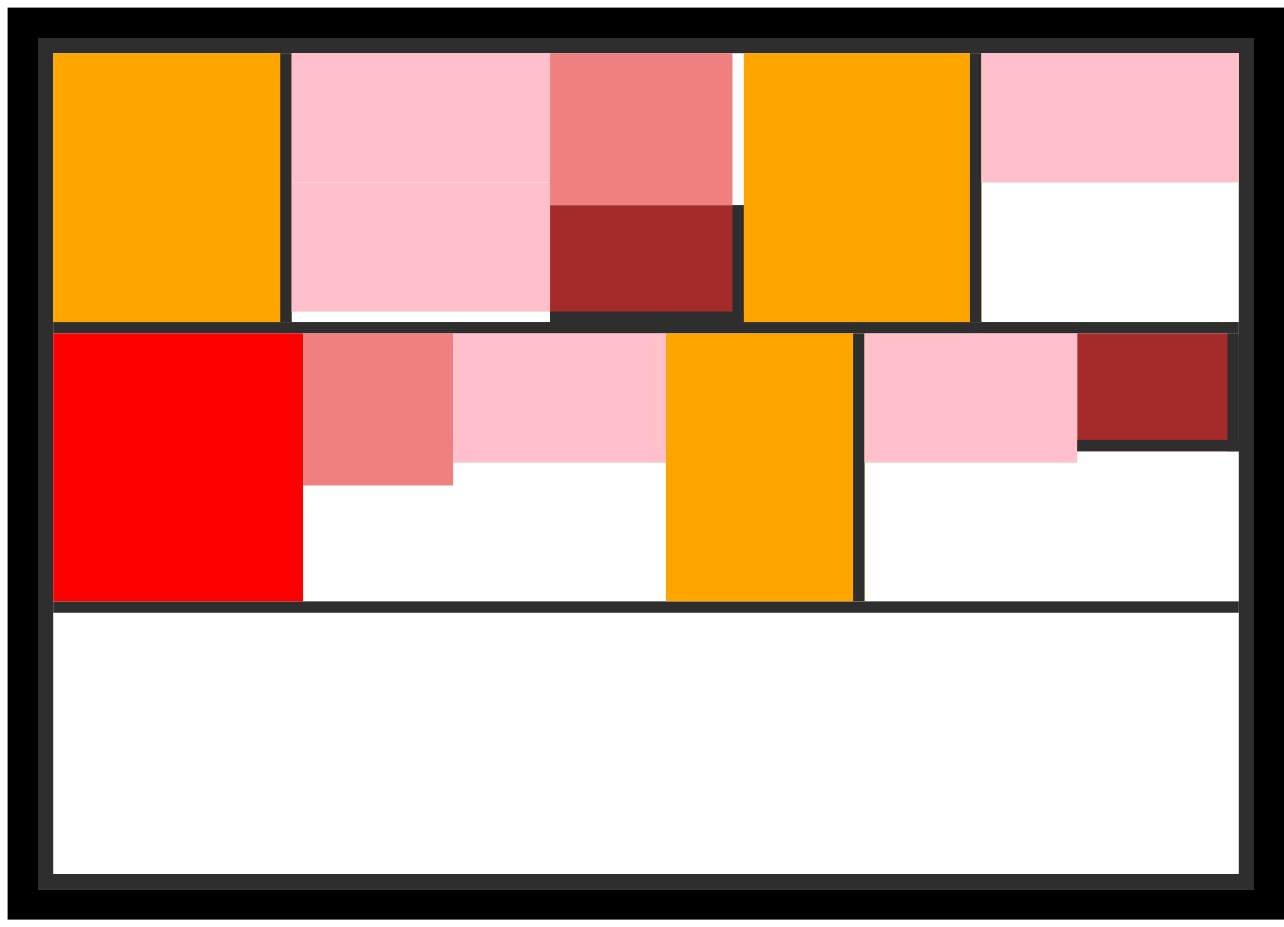
Repository: Tsardines/mondrian
Page: index.html
These files come from the project's save history. The page is drawn as it stood at one moment and after the next save; the edit follows.
The browser window is 1280 px wide. The page is 1352 px wide, so the pictures cover 1352 px, including what lies to the right of the window. The pictures show the whole page, at 95% of full size.
Some web fonts or font styles are not loaded; a fallback is used.

Above is the page before, as saved 2019-10-20 16:57:39.

### index.html
<!DOCTYPE html>
<html>
  <head>
    <meta charset="UTF-8">
  <meta http-equiv="X-UA-Compatible" content="IE=edge,chrome=1">
  <meta name="viewport" content="width=device-width,initial-scale=1">
    <title>title</title>
  <meta name="author" content="name">
  <meta name="description" content="description here">
  <meta name="keywords" content="keywords,here">
  <link rel="stylesheet" href="//fonts.googleapis.com/css?family=font1|font2|etc" type="text/css">
  <link rel="stylesheet" href="styles.css" type="text/css">
  </head>
  <body>

    <div id="canvas">
        <div class="grid__container">
            <div class="grid__top">
                <div class="rect--vert"></div>

                <div class="grid__top--cont">
                    <div class="rect--hori"></div>
                    <div class="rect--hori"></div>
                </div>

                <div class="grid__top--cont">
                    <div class="sq--hori"></div>
                    <div class="sq--sm"></div>
                </div>

                <div class="rect--vert"></div>

                <div class="rect--hori"></div>

                <!-- <div class="sq"></div> -->
                <!-- <div class="rect--vert"></div> -->

            </div>

            <div class="grid__middle">
                    <div class="sq--big"></div>
                    <div class="sq--hori"></div>
                    <div class="rect--hori"></div>
                    <div class="rect--vert"></div>
                    <div class="rect--hori"></div>
                    <div class="rect--hori--mini"></div>
                    <div class="sq--sm"></div>
            </div>
            <div class="grid__bottom">



            </div>
        </div>
    </div>

  </body>
</html>

### styles.css
#canvas {
    border: 2rem solid black;
    /* display: block; */
    height: 56rem;
    margin: 0 auto;
    width: 80rem;
}

.grid__container {
    border: 1rem solid rgb(46, 46, 46);
    height: 54rem;
}

.grid__top {
    display: flex;
    height: 32.7%;
    justify-content: center;
}

.grid__middle {
    border-bottom: 0.75rem solid rgb(46, 46, 46);
    border-top: 0.75rem solid rgb(46, 46, 46);
    display: flex;
    height: 32.7%;
}

.grid__bottom {
    height: 32.7%;
}

.rect--vert {
    background-color: orange;
    border-right: 0.75rem solid rgb(46, 46, 46);
    height: 100%;
    width: 15rem;
}

.rect--hori {
    background-color: pink;
    /* border-bottom: 0.75rem solid rgb(46, 46, 46);
    border-right: 0.75rem solid rgb(46, 46, 46); */
    height: 8.5rem;
    width: 17rem;
}

.sq--hori {
    background-color: lightcoral;
    /* border-bottom: 0.75rem solid rgb(46, 46, 46);
    border-right: 0.75rem solid rgb(46, 46, 46); */
    height: 10rem;
    width: 12rem;
}

.rect--hori--sm {
    background-color: rgb(55, 87, 190);
    /* border-bottom: 0.75rem solid rgb(46, 46, 46);
    border-right: 0.75rem solid rgb(46, 46, 46); */
    height: 8rem;
    width: 12rem;
}

.sq--big {
    background-color: red;
    height: 100%;
    width: 20rem;
}

.sq--sm {
    background-color: brown;
    border-bottom: 0.75rem solid rgb(46, 46, 46);
    border-right: 0.75rem solid rgb(46, 46, 46);
    height: 7rem;
    width: 12rem;
}

After the next save:
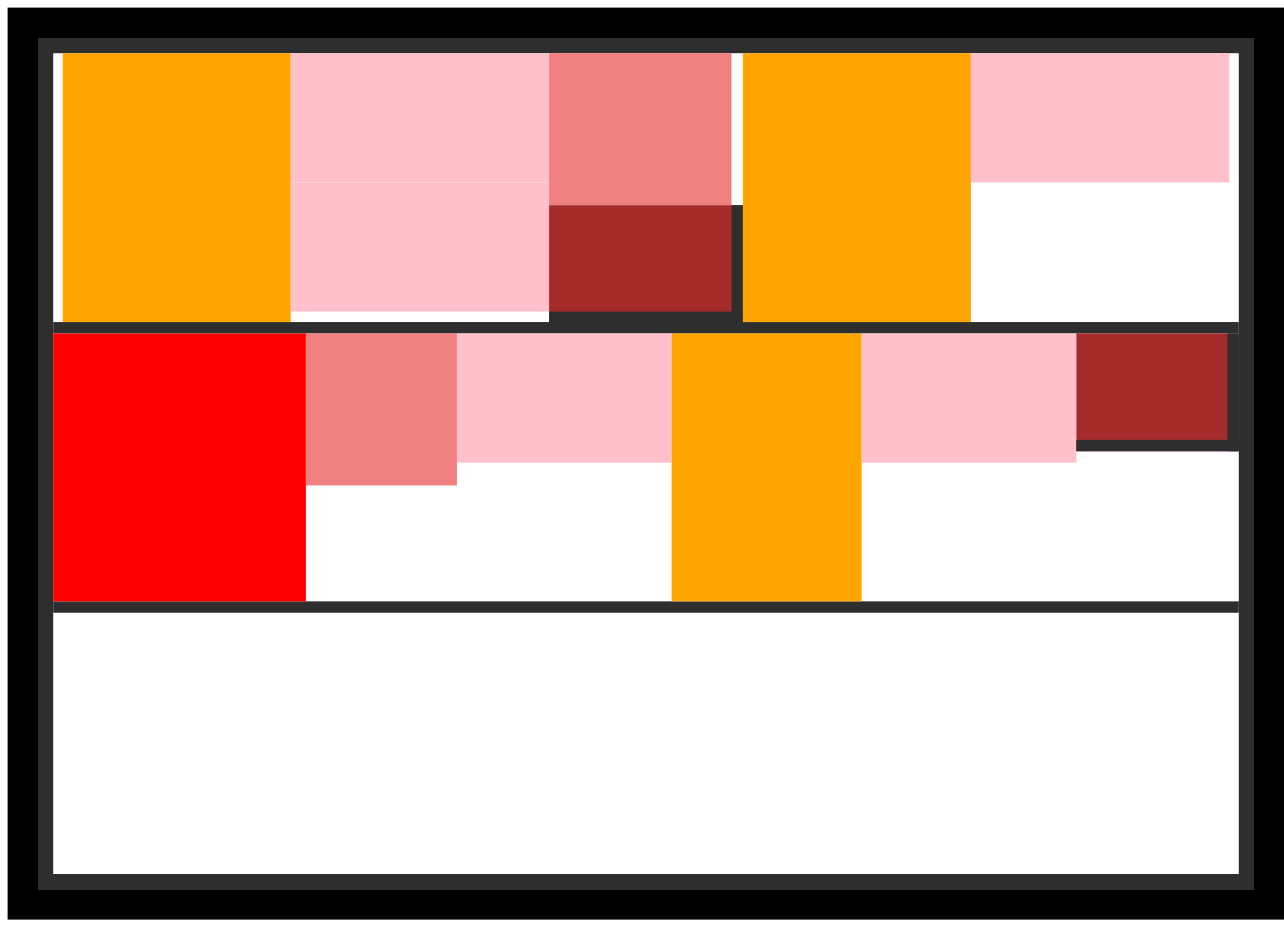
Saved 6 s later.
--- a/styles.css
+++ b/styles.css
@@ -30,7 +30,7 @@
 
 .rect--vert {
     background-color: orange;
-    border-right: 0.75rem solid rgb(46, 46, 46);
+    /* border-right: 0.75rem solid rgb(46, 46, 46); */
     height: 100%;
     width: 15rem;
 }
